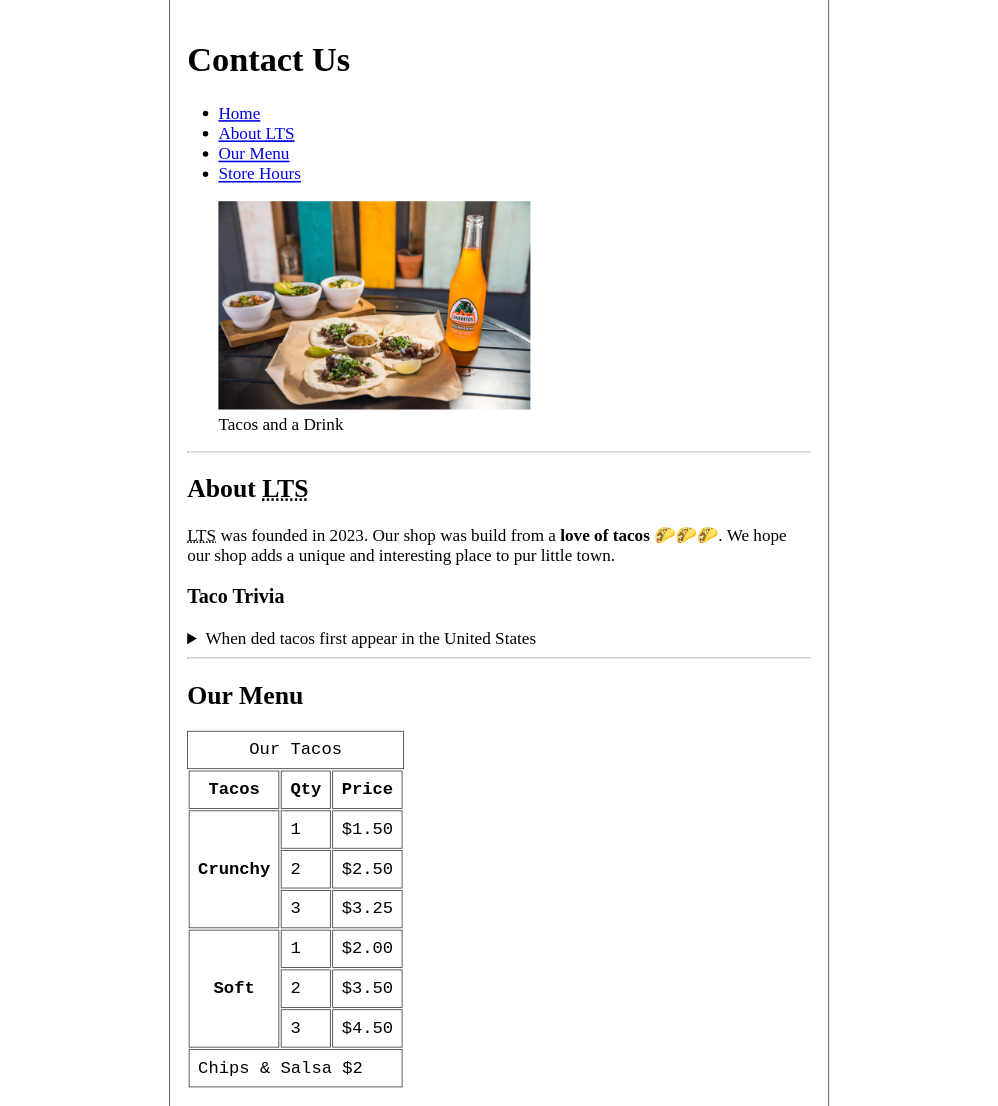
Repository: JavaProgrammerFromEastEurope/project-html-full-tutorial
Page: 10_lesson/contact.html
The author's editor kept a copy of each file at every save. The page is drawn from the files as they stood at one save, then again after a run of saves.
The browser window is 1280 px wide. The pictures show the whole page, at 78% of full size.

Above is the page before, as saved 2023-04-07 05:30:21.

After the next 9 saves:
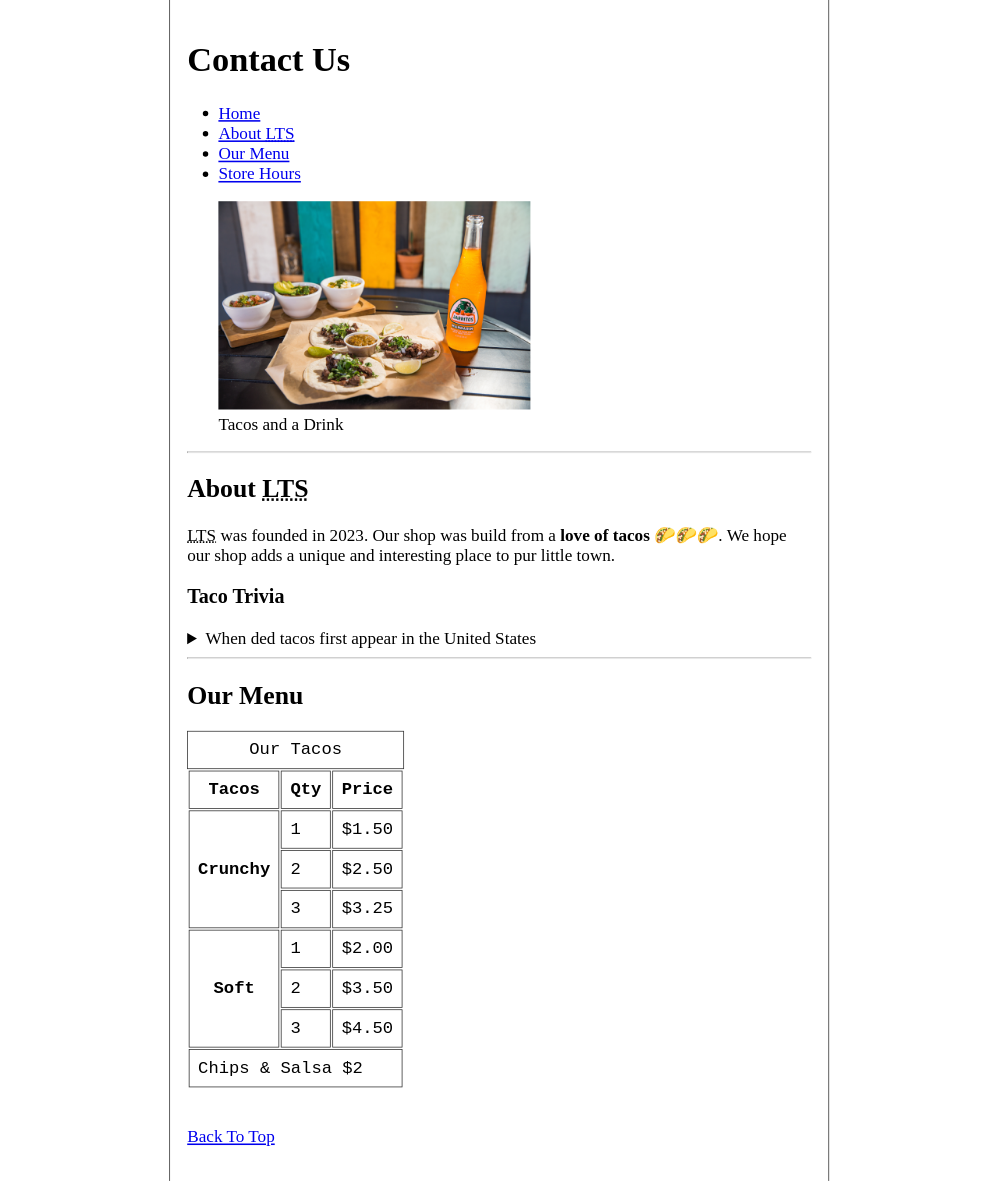
The 9 saves are shown as one change because they came seconds apart.
The last was saved 24 s later.
--- a/10_lesson/contact.html
+++ b/10_lesson/contact.html
@@ -120,6 +120,10 @@
 						</tr>
 					</tfoot>
 				</table>
+				<br>
+				<p>
+					<a href="#">Back To Top</a>
+				</p>
 			</article>
     </main>
   </body>
